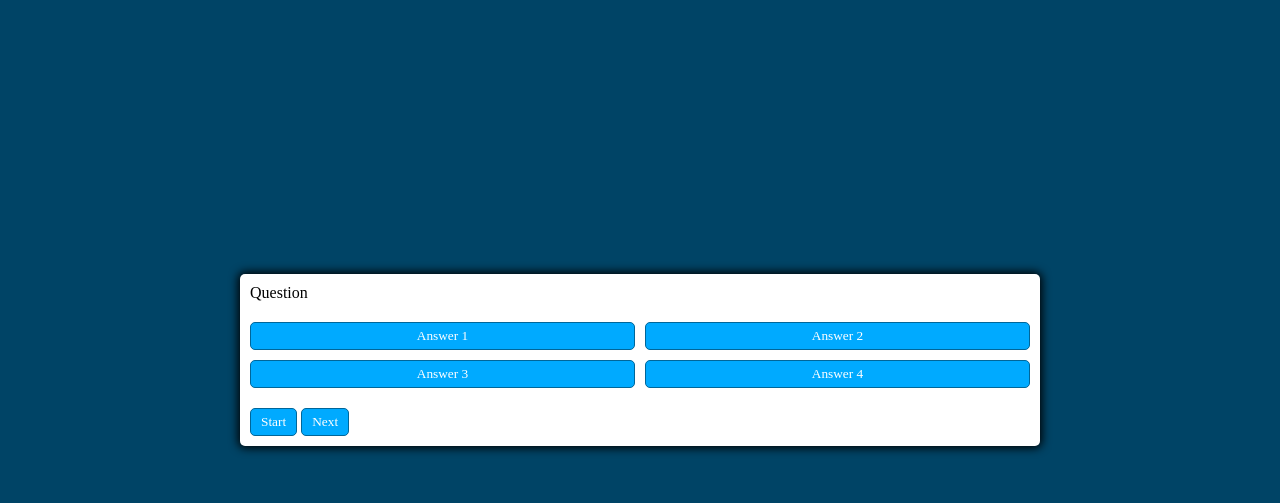
Repository: DaNiels89/quiz-js
Page: index.html
The author's editor kept a copy of each file at every save. The page is drawn from the files as they stood at one save, then again after the next save.
The browser window is 1280 px wide. The pictures show the whole page.

Above is the page before, as saved 2020-06-22 09:53:11.

After the next save:
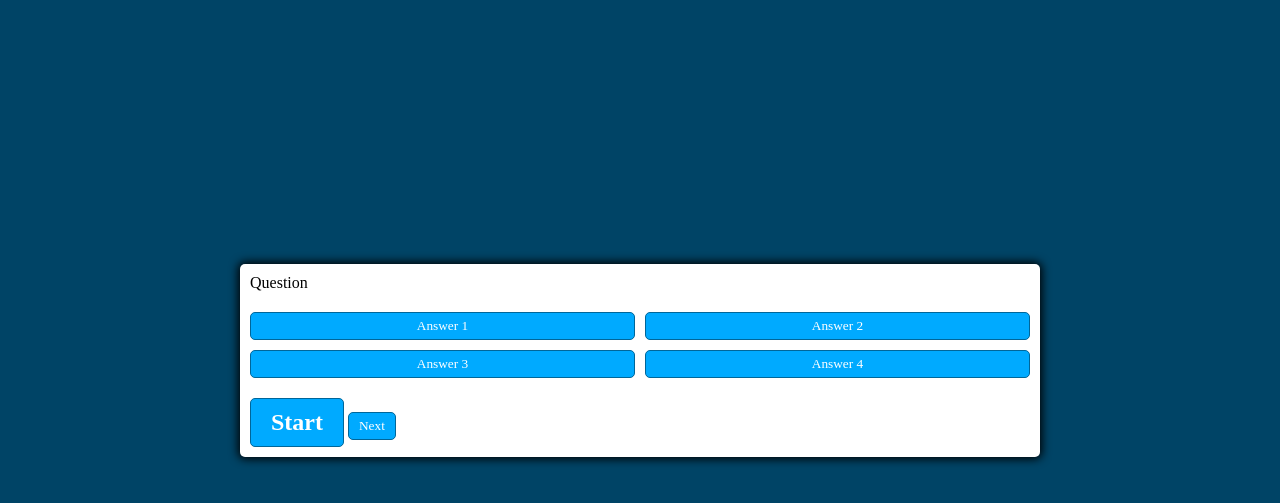
Saved 34 s later.
--- a/css/styles.css
+++ b/css/styles.css
@@ -67,3 +67,9 @@ body.wrong {
 .btn.wrong {
     --hue: var(--hue-wrong);
 }
+
+.start-btn, .next-size {
+    font-size: 1.5rem;
+    font-weight: bold;
+    padding: 10px 20px;
+}
